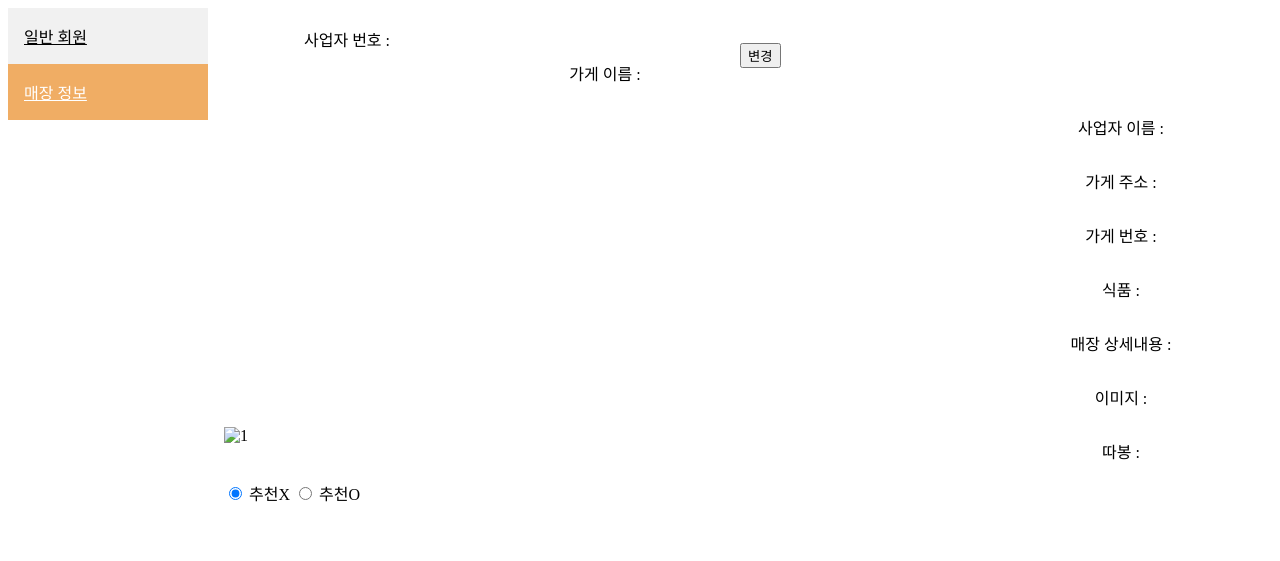
Repository: kdw0937/UdongProject
Page: http://localhost/matjib2/jsp/manager_storeDetail.jsp
An editor plug-in stored every save of this project. The page is shown before and after the next save, followed by the edit.
The browser window is 1280 px wide. The pictures show the whole page.
The page is served by Tomcat 9. The template is opened directly, without the code that normally fills it, so the values that code supplies are empty.

Above is the page before, as saved 2021-01-21 17:30:11.

After the next save:
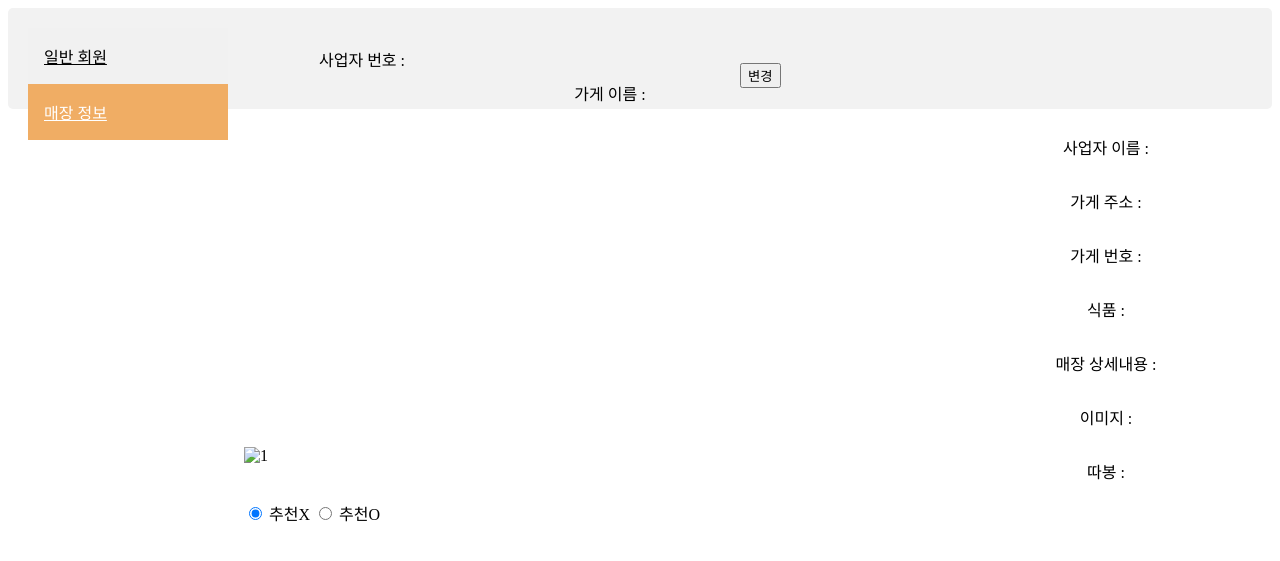
Saved 11 s later.
--- a/matjib2/src/main/webapp/jsp/manager_storeDetail.jsp
+++ b/matjib2/src/main/webapp/jsp/manager_storeDetail.jsp
@@ -13,7 +13,7 @@
 <title>Insert title here</title>
 </head>
 <body>
-<div class="manager_container">
+<div class="store_container">
 		<div class="sidebar">
            <a href="../manager/managerdetail.html">일반 회원</a>
            <a class="active"  href="../manager/managerstore.html">매장 정보</a>
